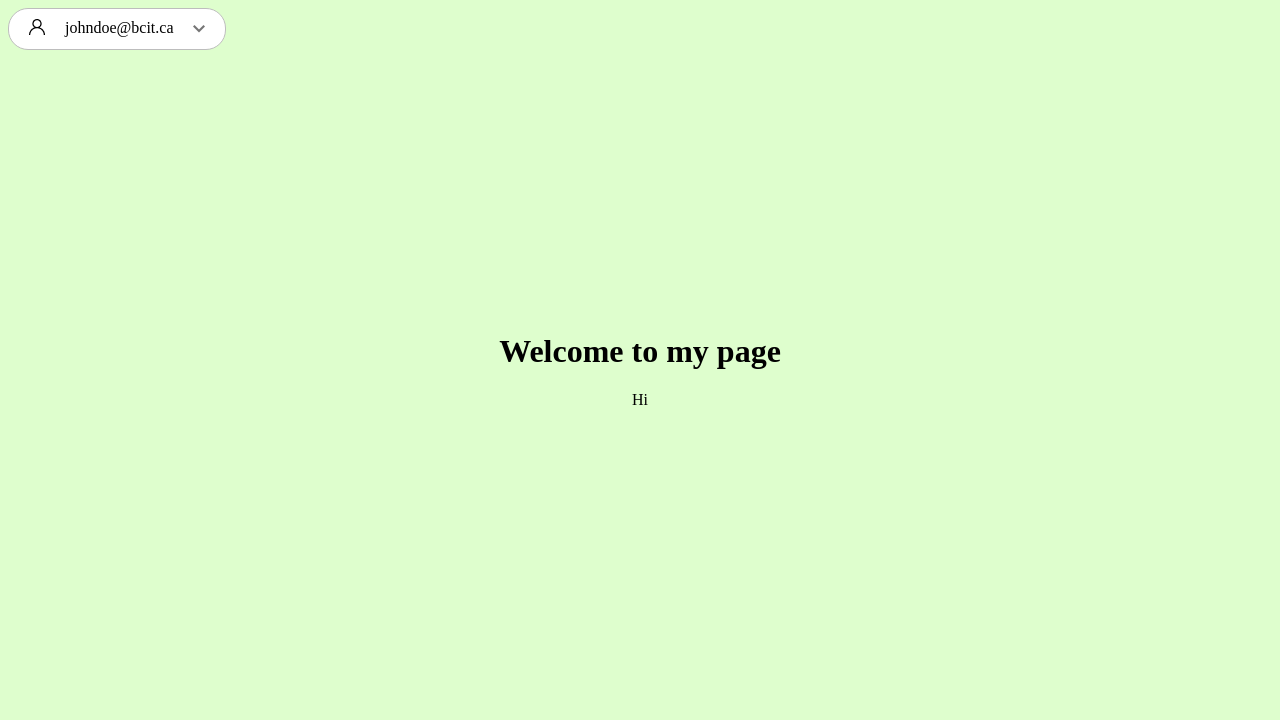
Repository: yafugray/practicemdia3126
Page: /
An editor plug-in stored every save of this project. The page is shown before and after a run of saves, followed by the edit.
The browser window is 1280 px wide. The pictures show the whole page.
The project was rebuilt for these pictures with package versions that can differ from the ones it lists, and the page was loaded fresh each time. The framework's server and built-in components were replaced by stand-ins that run in the browser.

Above is the page before, as saved 2020-12-19 00:31:29.

### pages/index.js
import React, {useState} from 'react';
import Menu from '../comps/Menu'
import Content from '../comps/Content'

export default function Home() {

  const [contentColor, setContentColor] = useState(false);
  const [contentImage, setContentImage] = useState(false);

  const HandleMenu = (str) =>{
    // capture what happened in the menu and change the page state based on it
      alert(str);
      if(str==="bg") {
        setContentColor("#DCA877");
      }
      if(str==="img") {
        setContentImage("none")
      }
  }
  return <div className="home">

    <div className="content">
      <Content bgcolor={contentColor} bgimg={contentImage}>
        <h1>Welcome to my page</h1>
        <div>Hi</div>
      </Content>
    </div>

    <div className="menu">
      <Menu onMenuSelect={HandleMenu} />
    </div>
  </div>
}

### pages/app.scss
// body {
//     background-color: aquamarine;
// }

//you can make a global variable. then you can use it into index.scss. you don't want to messup, so you should use it.
$fs:20px;

//you know, you have to put this flex box so many times over and over again, but if you make it global with @mixin and function name -> then include it in index.scss, then it works.
//this can reduce amount of your writing codes and length.
@mixin flexIt{
    display: flex;
    justify-content: center;
    align-items: center;
}

@import './index.scss';
// it helps you make better usable style.

### comps/Menu/index.js

import React, {useState, useEffect} from 'react';
import styled from 'styled-components';
//useEffect - beginning lifecycle, update the lifecycle and end the lifecycle

const Container = styled.div`
    display:inline-flex;
    flex-direction:column;
`;
const DropDownMenu = styled.div`
    border: 1px solid #BDBDBD;
    box-sizing: border-box;
    border-radius: 20px;
    display:inline-flex;
    justify-content:center;
    align-items:center;
    cursor:pointer;
    background-color: #FFF;
    transition:background-color 0.5s;
    &:hover{
        background-color:#DDD;
    }
`;

const DropDownBox = styled.div`
    width:100%;
    padding:10px;
    display:flex;
    div {
        margin:0 10px;

    }
`;

const Expand = styled.div`
    background: #FFFFFF;
    border: 1px solid #EAEAEA;
    box-sizing: border-box;
    box-shadow: 5px 0px 18px rgba(0, 0, 0, 0.08);
    display:${props=>props.expanded ? "inline-flex" : "hidden" };
    height:${props=>props.expanded ? "auto" : "0px" };
    font-size:${props=>props.expanded ? "18px" : "0px" };
    opacity:${props=>props.expanded ? 1 : 0 };
    transition:opacity 0.5s;
    flex-direction:column;
    margin-top:10px;
    div{
        padding:${props=>props.expanded ? "10px 15px" : "0px" };
        margin:${props=>props.expanded ? "5px 0" : "0px" };
        cursor: pointer;
        &:hover {
            background-color:#DDD;
        }
    }
`;

const ExpandedIcon = styled.img`
transition: transform 0.3s;
    transform: ${props=>props.expanded ? "rotate(180deg)" : "none"};
`;

const Menu = ({expand, onMenuSelect}) =>{
    //when you useState, if you put expand instead of 'false', it will be working only once.
    const [expanded, setExpanded] = useState(false);

    // when our components have configuration changed
    //But if you use useEffect, you can use expand instead of 'false' and it will be working repeatedely.
    useEffect(()=>{
        setExpanded(expand);
    },[expand])

    return <Container>
        <DropDownMenu onClick={()=> (
            setExpanded(!expanded)
            //click -> true
            //click -> false(default, start)
        )}>
            <DropDownBox>
                <div><img src='/profile.png'></img></div>
                <div>johndoe@bcit.ca</div>
                <div><ExpandedIcon src="/expand.png" expanded={expanded}/></div>
            </DropDownBox>
        </DropDownMenu>

        <Expand expanded={expanded}>
            <div onClick={()=>{
                onMenuSelect("bg");
            }}>Change BG Color</div>
            <div onClick={()=>{
                onMenuSelect("img");
            }}>Change BG Image</div>
            <div onClick={()=>{
                onMenuSelect("help");
            }}>Help</div>
        </Expand>
    </Container>
}

 Menu.defaultProps = {
    expand:false
 }

 export default Menu;

 //step 1, Setup
 //step 2, style it out
 //step 3, figure out the state that style associated
 //step 4, make it configure
 //step 5, work on the pages and build the layout
 //step 6, use interactions to make components to pass information to the pages. e.g. onclick is the interactions, and it will excute 'onMenuSelect' function and will go through the pages and tell them with 'str'. if str === bg or img or help, it will take an motion based on it.

### comps/Content/index.js
import React from 'react';
import styled from 'styled-components';
//useEffect - beginning lifecycle, update the lifecycle and end the lifecycle


const Container = styled.div`
    width:100%;
    height:100%;
    background-color:${props=>props.bgcolor ? props.bgcolor : "#DEFECD"};
    min-height:10px;
    min-height:10px;
`;

const Content = ({children, bgcolor, bgimg}) => {
    return <Container bgcolor={bgcolor} src="/maho.png">
            {children}
    </Container>
}

Content.defaultProps = {
    bgcolor:"#DEFECD",
    bgimg:"src(/cherry.png)"
}

export default Content;

### pages/index.scss
.home {
    .menu {
        position: relative;
        z-index: 2;
    }
    .content {
        position:fixed;
        left:0;
        top:0;
        width: 100vw;
        height: 100vh;
        z-index: -1;

        &>div{
            @include flexIt();
            flex-direction:column;
        }
    }
}

Loaded but not shown: pages/_app.js (common file)

After the next 4 saves:
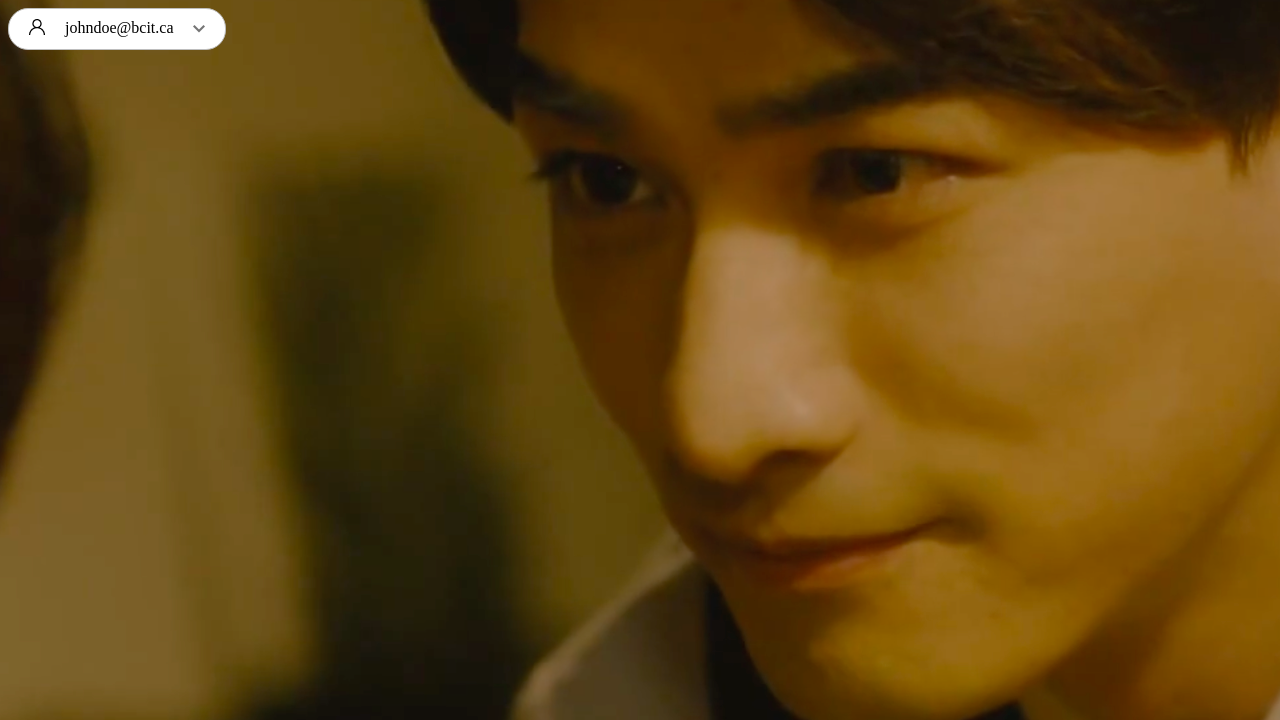
The 4 saves are shown as one change because 2 did not build or start and some came seconds apart.
The last was saved 35 s later.
--- a/comps/Content/index.js
+++ b/comps/Content/index.js
@@ -12,7 +12,8 @@ const Container = styled.div`
 `;
 
 const Content = ({children, bgcolor, bgimg}) => {
-    return <Container bgcolor={bgcolor} src="/maho.png">
+    return <Container bgcolor={bgcolor}>
+            <div><img src="/maho.png" /></div>
             {children}
     </Container>
 }
